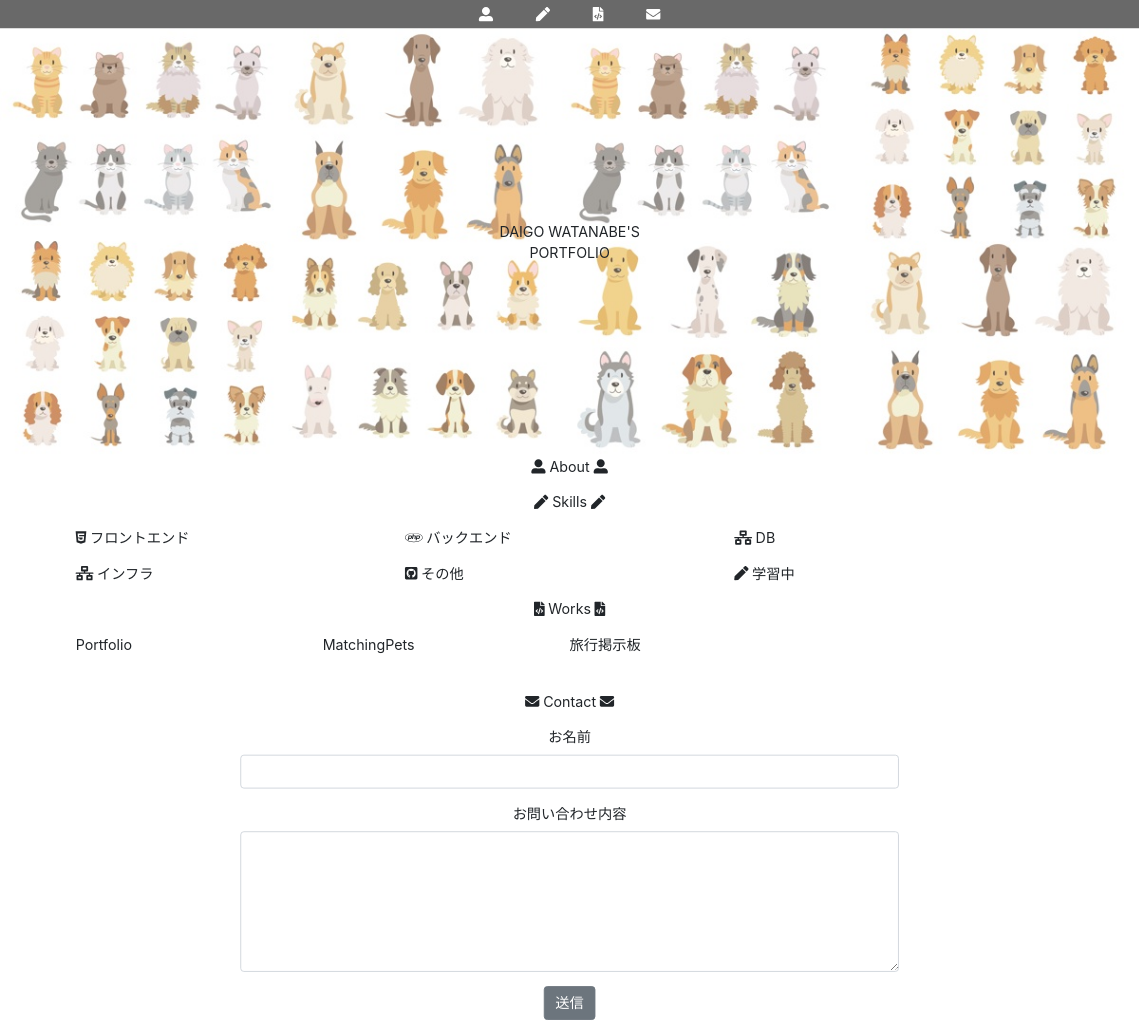
Repository: watanabedaigo/Portfolio
Page: index.html
The author's editor kept a record of every edit. The page is drawn from the files as they stood at one moment, then again after the next edit.
The browser window is 1280 px wide. The pictures show the whole page, at 89% of full size.
Some web libraries are served in a nearby version.

Above is the page before.

After the next edit:
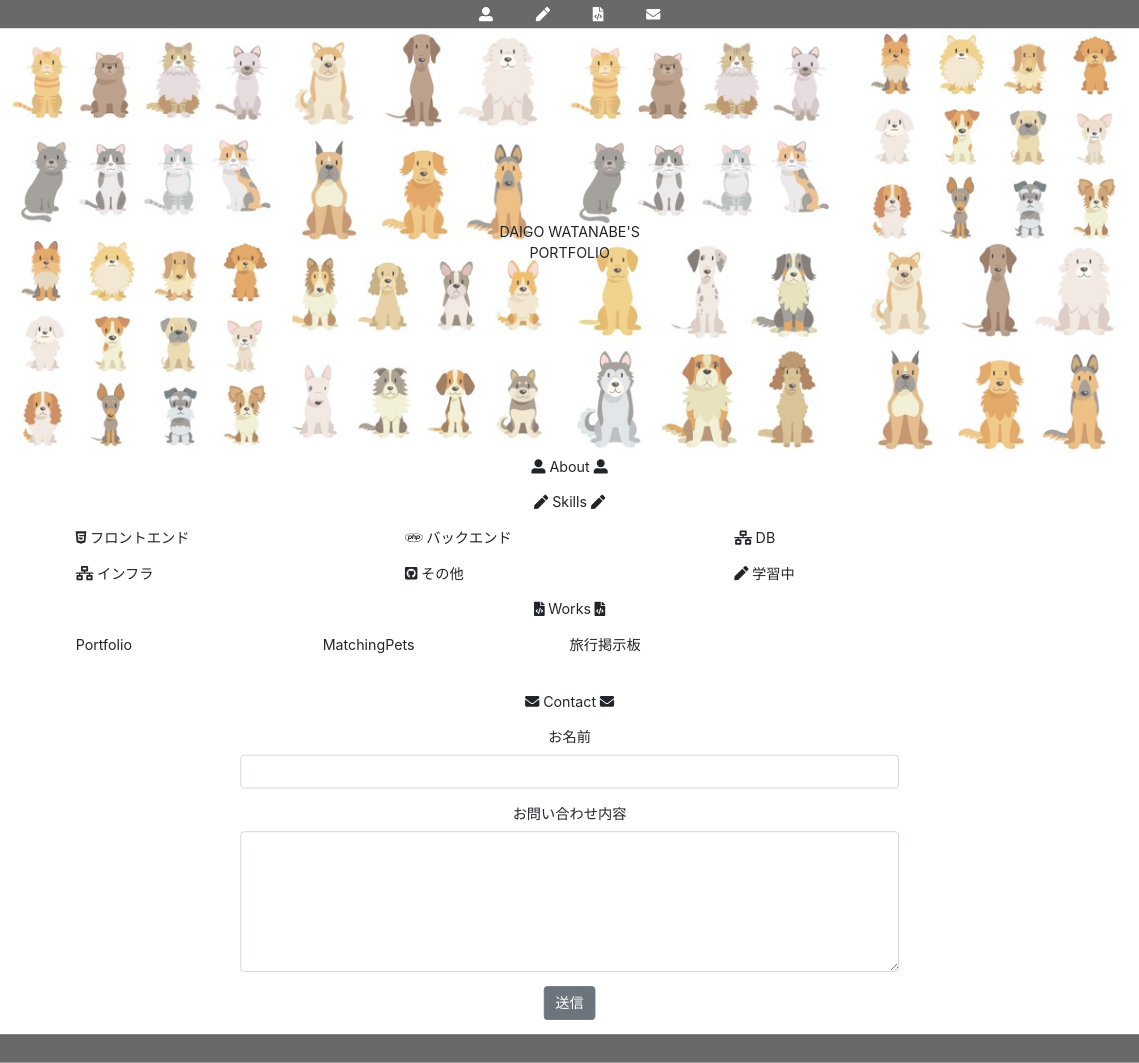
The edit:
--- a/index.html
+++ b/index.html
@@ -151,7 +151,7 @@
 
         <!--フッター-->
         <footer>
-            <div>
+            <div style="background-color:dimgray; height:2rem; color:white;">
                 <!--copyright-->
                 <p></p>
             </div>
